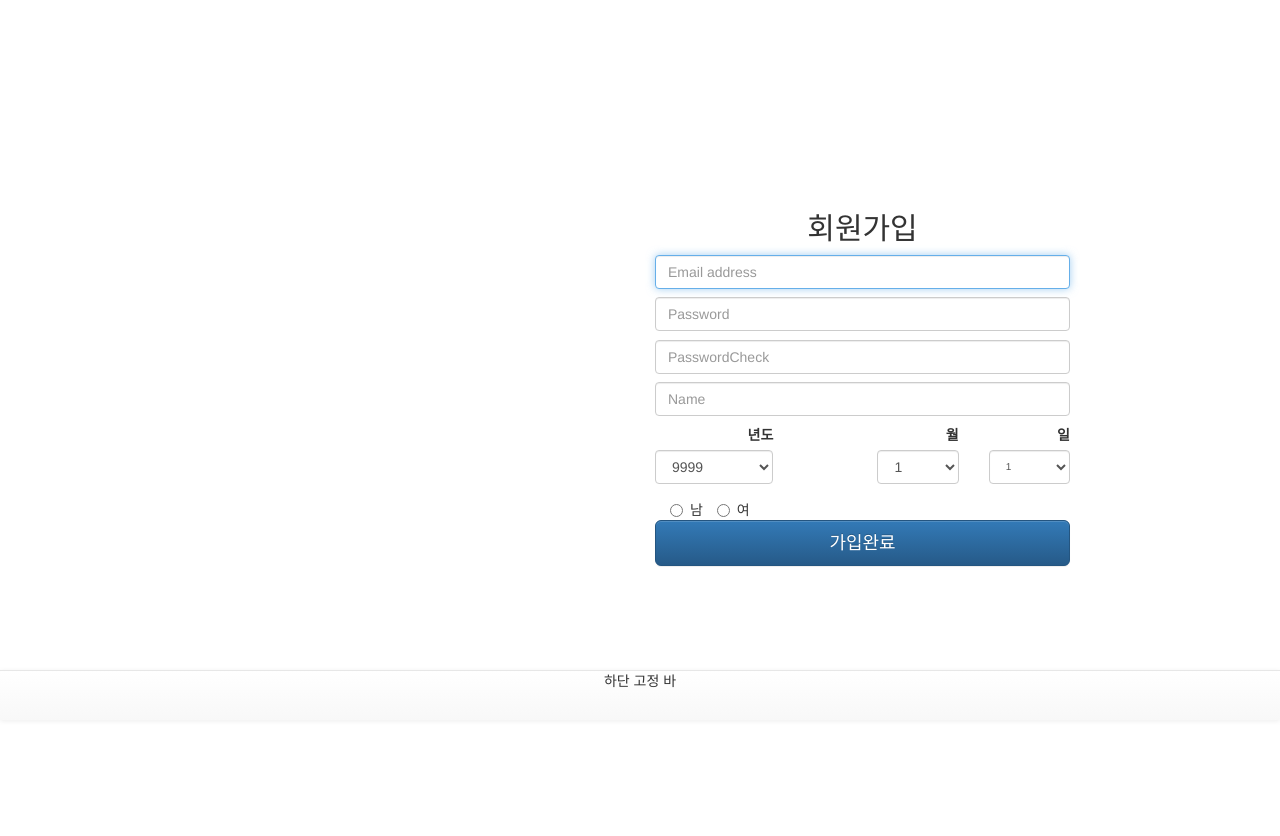
Repository: hrhwbp/Acorn-Final-Project
Page: http://localhost/final_project/index.jsp
These files come from the project's save history. The page is drawn as it stood at one moment and after the next save; the edit follows.
The browser window is 1280 px wide. The pictures show the whole page.
Some web libraries are served in a nearby version. The page is served by Tomcat 9. Nobody is signed in. The application's start-up code is not run.

Above is the page before, as saved 2016-10-26 07:18:30.

After the next save:
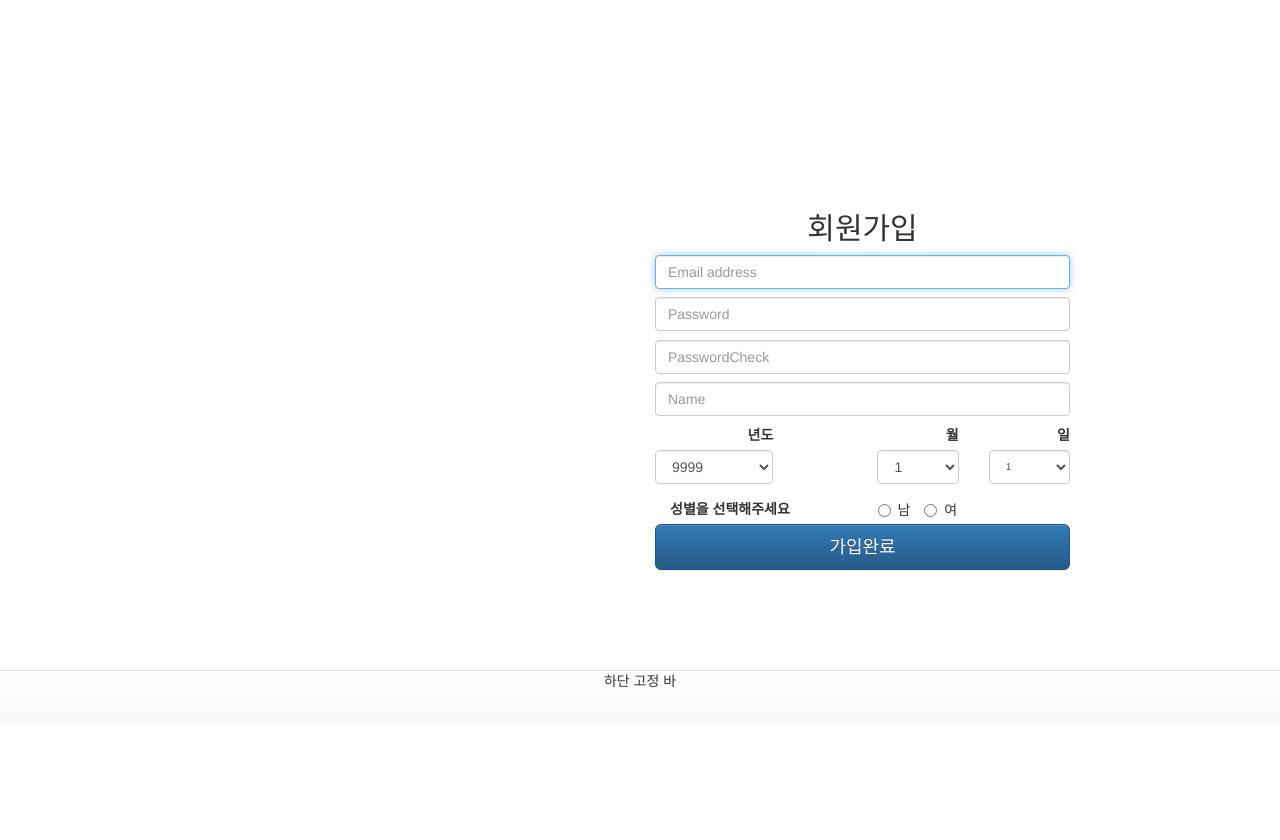
Saved 54 s later.
--- a/final_project/src/main/webapp/index.jsp
+++ b/final_project/src/main/webapp/index.jsp
@@ -113,6 +113,7 @@
 						</div>
 					</div>
 					<div class="row-md-12">
+						<label class="col-md-6">성별을 선택해주세요</label>
 						<div class="col-md-4">
 						<label class="radio-inline"> <input type="radio"
 							name="inlineRadioOptions" id="inlineRadio1" value="option1">
